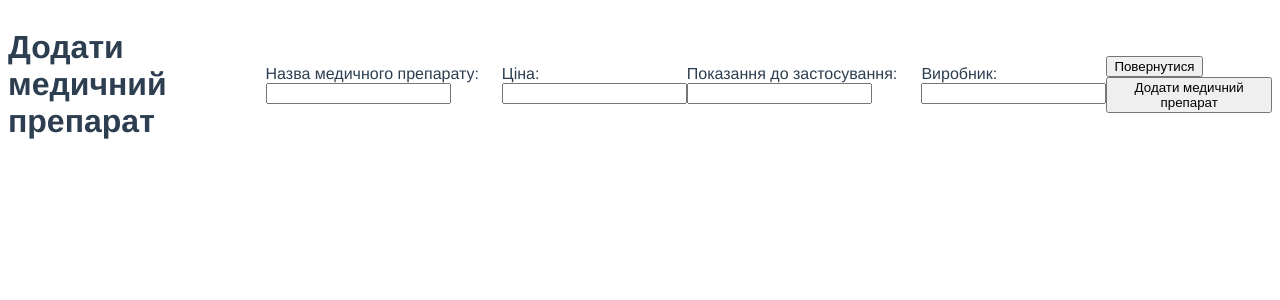
Repository: kristinap8/pharmacy
Page: /add_medicine
An editor plug-in stored every save of this project. The page is shown before and after the next save, followed by the edit.
The browser window is 1280 px wide. The pictures show the whole page.
The project was rebuilt for these pictures with package versions that can differ from the ones it lists, and the page was loaded fresh each time. Also part of the build but not shown: src/components/EditMedicineForm/index.vue, src/pages/EditMedicine/index.vue, src/components/MedicinesList/MedicineCard/index.vue, src/components/MedicinesList/index.vue, src/pages/AllMedicines/index.vue, src/components/CartForm/index.vue, src/pages/Cart/index.vue.

Above is the page before, as saved 2020-12-09 23:40:00.

After the next save:
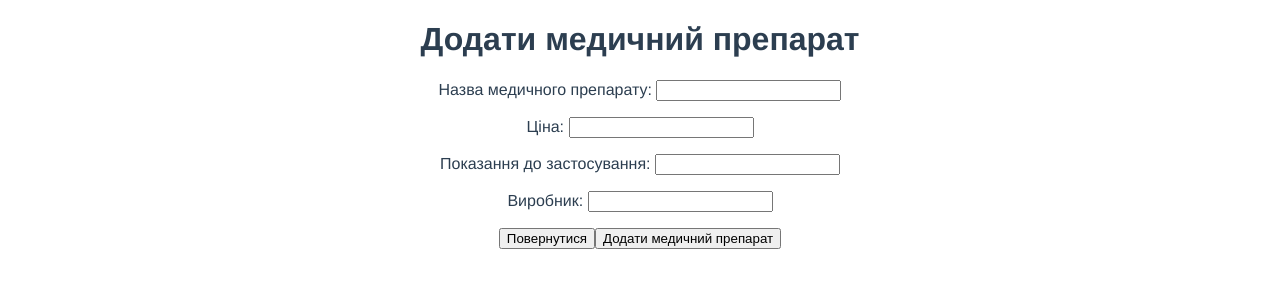
Saved 20 s later.
--- a/src/components/AddMedicineForm/index.vue
+++ b/src/components/AddMedicineForm/index.vue
@@ -65,9 +65,8 @@ import { mapActions } from 'vuex'
 
 <style lang="scss" scoped>
 .form{
-    display: flex; // FlexBox
-align-items: center; // выравнивает по вертикали
-justify-content: right;
+    text-align: center;
+
 }
 
 
